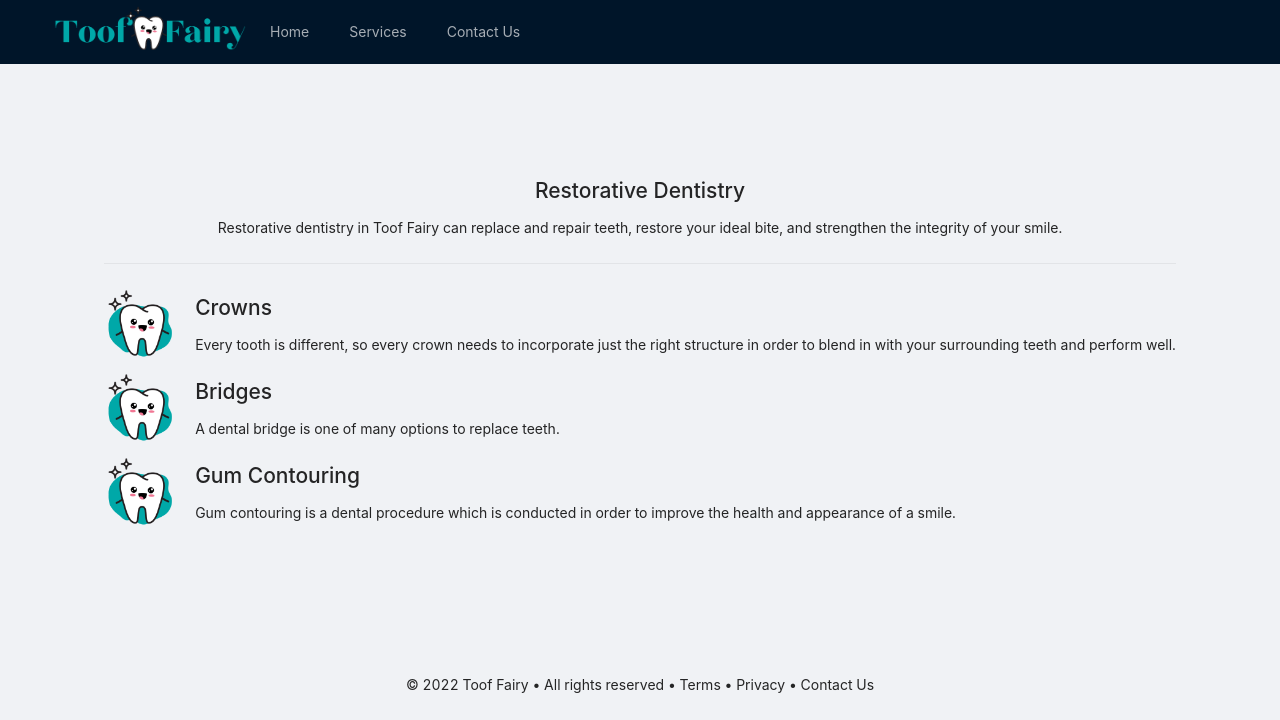
Repository: neldad1/dentist-app
Page: /restorative
An editor plug-in stored every save of this project. The page is shown before and after the next save, followed by the edit.
The browser window is 1280 px wide. The pictures show the whole page.
The project was rebuilt for these pictures with package versions that can differ from the ones it lists, and the page was loaded fresh each time. Also part of the build but not shown: src/components/Home.jsx, src/components/Contact.jsx, src/components/Services/Cosmetic.jsx, src/components/Services/Preventative.jsx.

Above is the page before, as saved 2022-03-09 22:22:53.

After the next save:
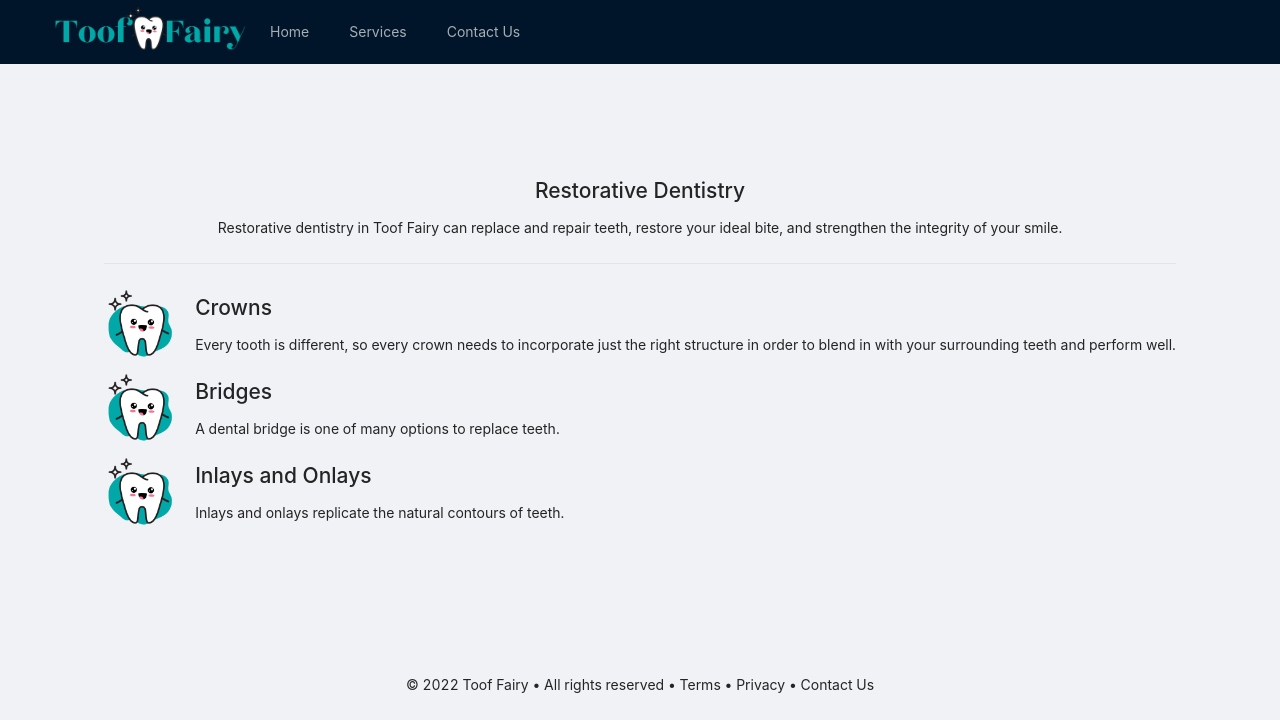
Saved 63 s later.
--- a/src/components/Services/Restorative.jsx
+++ b/src/components/Services/Restorative.jsx
@@ -33,10 +33,9 @@ const Restorative = () => {
       <div className="service-info">
         <ToofImg />
         <div className="service-definition">
-          <h2>Gum Contouring</h2>
+          <h2>Inlays and Onlays</h2>
           <span>
-            Gum contouring is a dental procedure which is conducted in order to
-            improve the health and appearance of a smile.{' '}
+            Inlays and onlays replicate the natural contours of teeth.
           </span>
         </div>
       </div>
